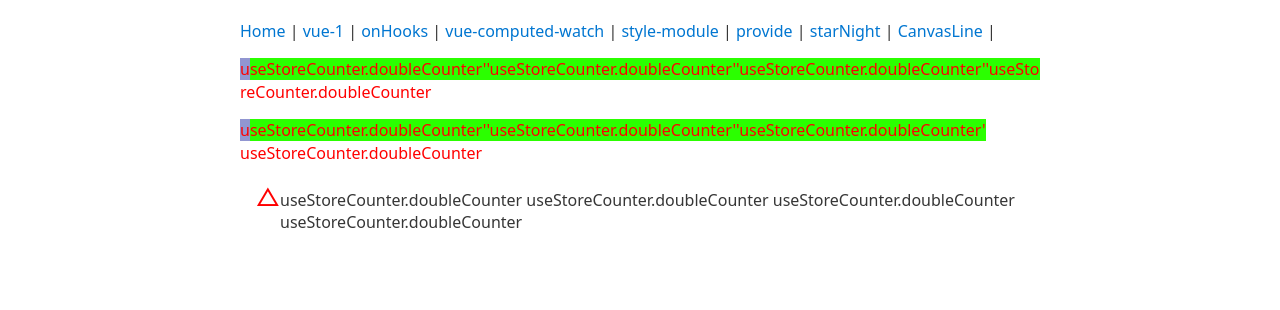
Repository: 596178924/vue3-ts-html
Page: /
These files come from the project's save history. The page is drawn as it stood at one moment and after the next save; the edit follows.
The browser window is 1280 px wide. The pictures show the whole page.
The project was rebuilt for these pictures with package versions that can differ from the ones it lists, and the page was loaded fresh each time. Also part of the build but not shown: vue.config.js.

Above is the page before, as saved 2022-02-15 16:41:36.

### public/index.html
<!DOCTYPE html>
<html lang="">
  <head>
    <meta charset="utf-8">
    <meta http-equiv="X-UA-Compatible" content="IE=edge">
    <meta name="viewport" content="width=device-width,initial-scale=1.0">
	<link rel="stylesheet" href="https://cdn.jsdelivr.net/npm/water.css@2/out/water.css">
    <link rel="icon" href="<%= BASE_URL %>favicon.ico">
    <title><%= htmlWebpackPlugin.options.title %></title>
  </head>
  <body>
    <noscript>
      <strong>We're sorry but <%= htmlWebpackPlugin.options.title %> doesn't work properly without JavaScript enabled. Please enable it to continue.</strong>
    </noscript>
    <div id="app"></div>
    <!-- built files will be auto injected -->
  </body>
</html>

### src/main.ts
import { createApp } from 'vue';
import App from './App.vue';
import router from './router';
import { createPinia } from 'pinia'
const app = createApp(App);
app.use(createPinia());
app.use(router);
app.mount('#app');

### src/App.vue
<template>
  <div id="nav">
    <router-link to="/">Home</router-link> |
    <router-link to="/vue-1">vue-1</router-link> |
    <router-link to="/onHooks">onHooks</router-link> |
    <router-link to="/vue-computed-watch">vue-computed-watch</router-link> |
    <router-link to="/style-module">style-module</router-link> |
    <router-link to="/provide">provide</router-link> |
    <router-link to="/starNight">starNight</router-link> |
    <router-link to="/CanvasLine">CanvasLine</router-link> |

  </div>
  <router-view/>
</template>

<style lang="scss">

</style>

### src/router/index.ts
import { createRouter, createWebHashHistory, RouteRecordRaw } from 'vue-router';

const routes: Array<RouteRecordRaw> = [
	{
		path: '/',
		name: 'Home',
		component: () => import('@/views/Home.vue')
	},
	{
		path: '/vue-1',
		name: 'vue-1',
		component: () => import('@/views/vue-1.vue')
	},
	{
		path: '/onHooks',
		name: 'onHooks',
		component: () => import('@/views/onHooks.vue')
	},
	{
		path: '/vue-computed-watch',
		name: 'vue-computed-watch',
		component: () => import('@/views/vue-computed-watch.vue')
	},
	{
		path: '/style-module',
		name: 'style-module',
		component: () => import('@/views/style-module.vue')
	},
	{
		path: '/provide',
		name: 'provide',
		component: () => import('@/views/provide.vue')
	},
	{
		path: '/starNight',
		name: 'starNight',
		component: () => import('@/views/starNight.vue')
	},
	{
		path: '/CanvasLine',
		name: 'CanvasLine',
		component: () => import('@/views/CanvasLine.vue')
	},

];

const router = createRouter({
	history: createWebHashHistory(),
	routes
});

export default router;

### src/views/Home.vue
<template>
	<div class="home">
		<p
			class="red"
		>useStoreCounter.doubleCounter''useStoreCounter.doubleCounter''useStoreCounter.doubleCounter''useStoreCounter.doubleCounter</p>
		<p class="red">
			useStoreCounter.doubleCounter''useStoreCounter.doubleCounter''useStoreCounter.doubleCounter'
			<span>useStoreCounter.doubleCounter</span>
		</p>
		<ul class="list">
			<li>
				useStoreCounter.doubleCounter
				useStoreCounter.doubleCounter
				useStoreCounter.doubleCounter
				useStoreCounter.doubleCounter
			</li>
		</ul>
	</div>
</template>

<script setup lang="ts" >
</script>
<style lang="scss" scoped>
.red {
	color: #ff0000;
	&::selection {
		color: gold;
		background-color: #0011ff;
	}
	&::first-line {
		background-color: #2bff00;
	}
	&::first-letter {
		background-color: #9196d1;
	}
}
.list {
	li {
		&::marker {
			content: "△";
			margin-right: 1rem;
			color: red;
			font-size: 1.5em;
		}
	}
}
</style>

After the next save:
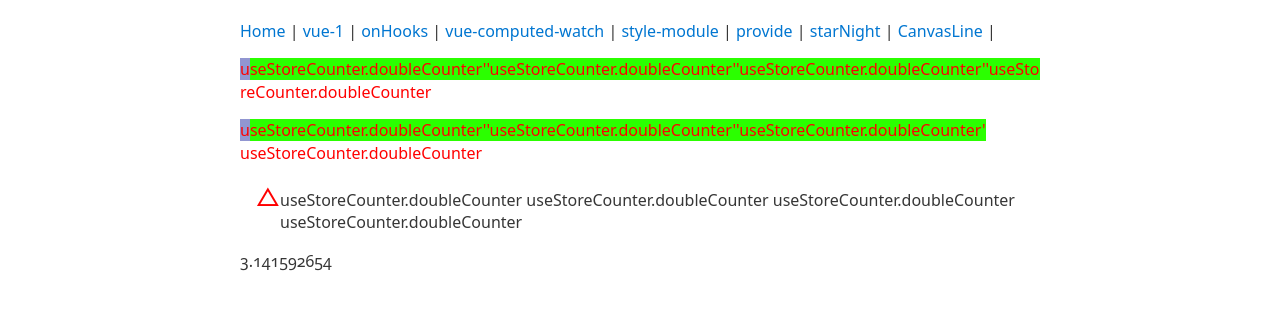
Saved 3 min 16 s later.
--- a/src/views/Home.vue
+++ b/src/views/Home.vue
@@ -15,6 +15,7 @@
 				useStoreCounter.doubleCounter
 			</li>
 		</ul>
+		<p class="a-font">3.141592654</p>
 	</div>
 </template>
 
@@ -44,4 +45,7 @@
 		}
 	}
 }
+.a-font {
+	font-variant-numeric: oldstyle-nums;
+}
 </style>
